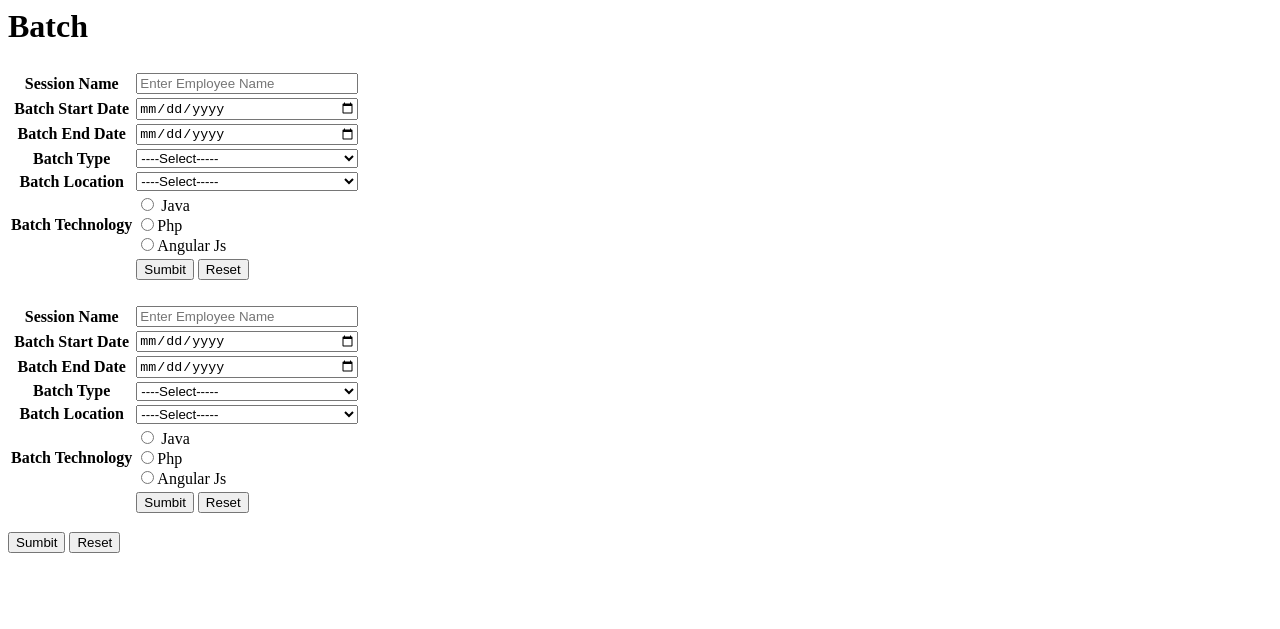
Repository: Dipak27/Dipak-s-front-end
Page: http://localhost/Traning_Management/sessioncreate.jsp
These files come from the project's save history. The page is drawn as it stood at one moment and after the next save; the edit follows.
The browser window is 1280 px wide. The pictures show the whole page.
The page is served by Tomcat 9. Other server files are loaded and not shown.

Above is the page before, as saved 2016-11-10 03:43:26.
Console error: ReferenceError: mainApp is not defined

### Training Management Project/Traning_Management/src/main/webapp/sessioncreate.jsp
	<!-- CONTENTS START -->

	<script>
	mainApp.controller('myCtrl', function($scope, $http) {
		$scope.msg="hello";
		$scope.employee={empId:null,empEmailId:"",empName:"",empLocation:""};
		$scope.fetchData=function()
		{
			 $http.get("http://localhost:8808/TrainingManagementSystem/employee/list")
			  .then(function(response) {
				  alert("response called...");
			      $scope.myWelcome = response.data;
			  });
		}
		 $scope.myMethod=function(){
			alert("method called...");
			 $http.post("http://localhost:8808/TrainingManagementSystem/employee/create/",$scope.employee)
			  .then(function(response) {
				  alert("response called...");
				  $scope.fetchData();
			      $scope.myWelcome = response.data;
			  });
		}


	});

	</script>
		<div class="container_24">
			<div class="grid_24">

				<div class="contents">

					<div class="padding_20">
						<h1>Batch</h1>
					</div>
						<div class="grid_6 alpha">

								<div class="padding_20 text-justify" ng-controller="">
									<form ng-submit="myMethod()">
									<table class="form-table" style="width:auto">
										<tr>
                        						<td><input type="hidden" ng-model="batch.batchId"></td>
                        					</tr>
                        					<tr>
												<th>
														Session Name
												</th>
												<td>
													<input id="batchname" type="text"  class="validate[required]" ng-model="employee.empName" style="width:120%" placeholder="Enter Employee Name" value=""  />
												</td>

											</tr>

												<tr>
												<th>
														Batch Start Date
												</th>
												<td>
													<input id="batchstartdate" type="date"  class="validate[required]" ng-model="employee.empEmailId" style="width:120%" placeholder="Enter new email id" value=""  />
												</td>

											</tr>
												<tr>
												<th>
														Batch End Date
												</th>
												<td>
													<input id="batchenddate" type="date"  class="validate[required]" ng-model="employee.empEmailId" style="width:120%" placeholder="Enter new email id" value=""  />
												</td>

											</tr>

										<tr>
											<th>
												Batch Type
											</th>
											<td>
												<select id="select1"  class="validate[required]" ng-model="employee.empLocation" style="width:120%"  >
													<option value="null">----Select-----</option>
                                        			<option value="Technical">Technical</option>
                                        			<option value="softskill">Soft Skill</option>

												</select>
											</td>
										</tr>
										<tr>
											<th>
												Batch Location
											</th>
											<td>
												<select id="select1"  class="validate[required]" ng-model="employee.empLocation" style="width:120%"  >
													<option value="null">----Select-----</option>
                                        			<option value="pune">Pune</option>
                                        			<option value="hyderabad">Hyderabad</option>
                                        			<option value="gandhinagar">Gandinagar</option>

												</select>
											</td>
										</tr>
										<tr>
												<th>
														Batch Technology
												</th>
												<td>
													<input type="radio" name="technology" value="java"> Java<br>
  													<input type="radio" name="technology" value="php">Php<br>
  													<input type="radio" name="technology" value="angularjs">Angular Js<br>
												</td>

											</tr>
										<tr>
											<th>
												&nbsp;
											</th>
											<td>
												<input id="Submit1" type="submit" value="Sumbit"  />
												<input id="Reset1" type="reset" value="Reset" onclick="this.form.clear();" />
											</td>
										</tr>

									</table>
								</form>
							</div>

						</div>

						<div class="grid_28 omega">

							<div class="padding_20 text-justify" ng-controller="">
								<form ng-submit="myMethod()">
									<table class="form-table" style="width:auto">


                        					<tr>
                        						<td><input type="hidden" ng-model="batch.batchId"></td>
                        					</tr>
                        					<tr>
												<th>
														Session Name
												</th>
												<td>
													<input id="batchname" type="text"  class="validate[required]" ng-model="employee.empName" style="width:120%" placeholder="Enter Employee Name" value=""  />
												</td>

											</tr>

												<tr>
												<th>
														Batch Start Date
												</th>
												<td>
													<input id="batchstartdate" type="date"  class="validate[required]" ng-model="employee.empEmailId" style="width:120%" placeholder="Enter new email id" value=""  />
												</td>

											</tr>
												<tr>
												<th>
														Batch End Date
												</th>
												<td>
													<input id="batchenddate" type="date"  class="validate[required]" ng-model="employee.empEmailId" style="width:120%" placeholder="Enter new email id" value=""  />
												</td>

											</tr>

										<tr>
											<th>
												Batch Type
											</th>
											<td>
												<select id="select1"  class="validate[required]" ng-model="employee.empLocation" style="width:120%"  >
													<option value="null">----Select-----</option>
                                        			<option value="Technical">Technical</option>
                                        			<option value="softskill">Soft Skill</option>

												</select>
											</td>
										</tr>
										<tr>
											<th>
												Batch Location
											</th>
											<td>
												<select id="select1"  class="validate[required]" ng-model="employee.empLocation" style="width:120%"  >
													<option value="null">----Select-----</option>
                                        			<option value="pune">Pune</option>
                                        			<option value="hyderabad">Hyderabad</option>
                                        			<option value="gandhinagar">Gandinagar</option>

												</select>
											</td>
										</tr>
										<tr>
												<th>
														Batch Technology
												</th>
												<td>
													<input type="radio" name="technology" value="java"> Java<br>
  													<input type="radio" name="technology" value="php">Php<br>
  													<input type="radio" name="technology" value="angularjs">Angular Js<br>
												</td>

											</tr>
										<tr>
											<th>
												&nbsp;
											</th>
											<td>
												<input id="Submit1" type="submit" value="Sumbit"  />
												<input id="Reset1" type="reset" value="Reset" onclick="this.form.clear();" />
											</td>
										</tr>

									</table>
								</form>
							</div>
						</div>
						<div class="grid_28 omega">

							<div class="padding_20 text-justify" ng-controller="">
								<form ng-submit="myMethod()">
								<input id="Submit1" type="submit" value="Sumbit"  />
												<input id="Reset1" type="reset" value="Reset" onclick="this.form.clear();" />

								</form>
							</div>
							</div>

					<div class="clear"></div>
				</div>
			</div>
		</div>
		<div class="clear"> </div>

		<!-- CONTENTS END -->

After the next save:
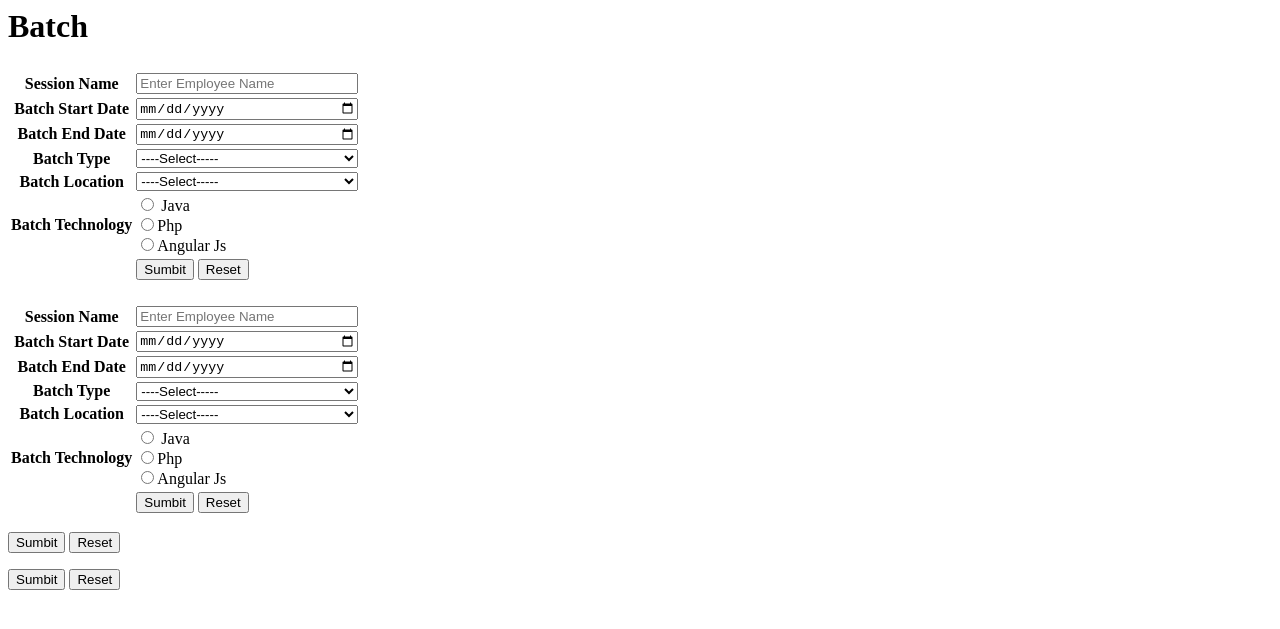
Saved 44 s later.
--- a/Training Management Project/Traning_Management/src/main/webapp/sessioncreate.jsp
+++ b/Training Management Project/Traning_Management/src/main/webapp/sessioncreate.jsp
@@ -215,6 +215,16 @@
 									</table>
 								</form>
 							</div>
+								<div class="grid_28 omega">
+
+							<div class="padding_20 text-justify" ng-controller="">
+								<form ng-submit="myMethod()">
+								<input id="Submit1" type="submit" value="Sumbit"  />
+												<input id="Reset1" type="reset" value="Reset" onclick="this.form.clear();" />
+
+								</form>
+							</div>
+							</div>
 						</div>
 						<div class="grid_28 omega">
 

After the 3 saves that followed:
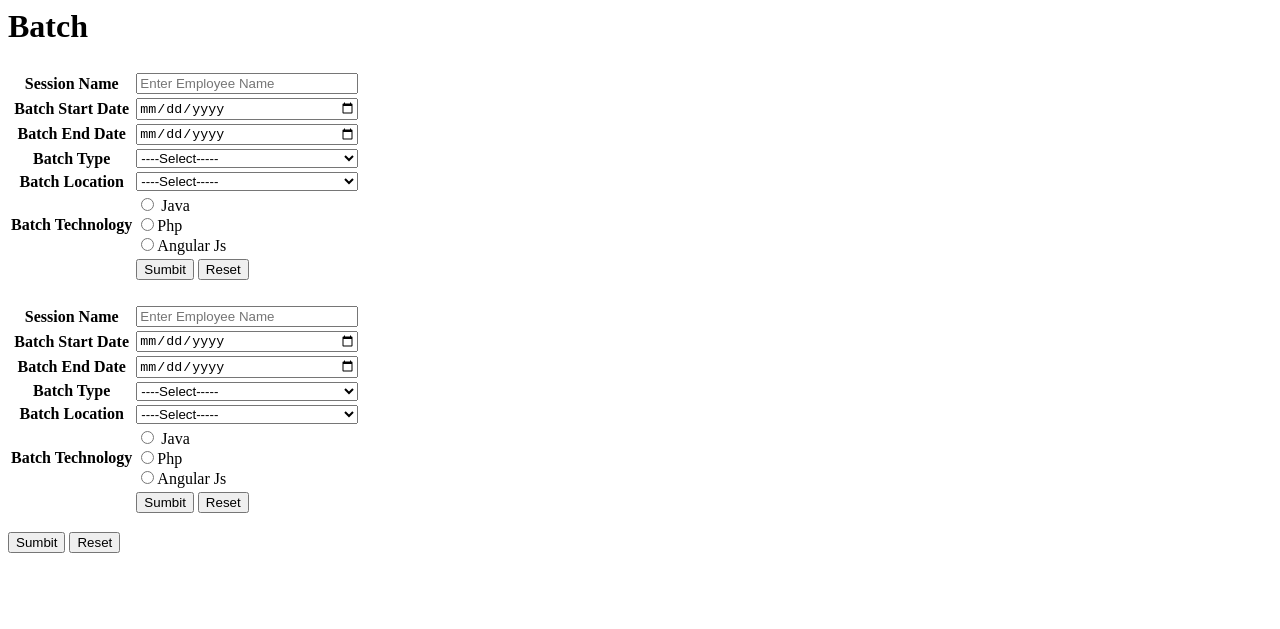
The 3 saves are shown as one change because 2 left the picture as it was.
The last was saved 86 s later.
--- a/Training Management Project/Traning_Management/src/main/webapp/sessioncreate.jsp
+++ b/Training Management Project/Traning_Management/src/main/webapp/sessioncreate.jsp
@@ -215,27 +215,17 @@
 									</table>
 								</form>
 							</div>
-								<div class="grid_28 omega">
-
-							<div class="padding_20 text-justify" ng-controller="">
+
+
+
 								<form ng-submit="myMethod()">
 								<input id="Submit1" type="submit" value="Sumbit"  />
 												<input id="Reset1" type="reset" value="Reset" onclick="this.form.clear();" />
 
 								</form>
-							</div>
-							</div>
+
 						</div>
-						<div class="grid_28 omega">
-
-							<div class="padding_20 text-justify" ng-controller="">
-								<form ng-submit="myMethod()">
-								<input id="Submit1" type="submit" value="Sumbit"  />
-												<input id="Reset1" type="reset" value="Reset" onclick="this.form.clear();" />
-
-								</form>
-							</div>
-							</div>
+
 
 					<div class="clear"></div>
 				</div>
